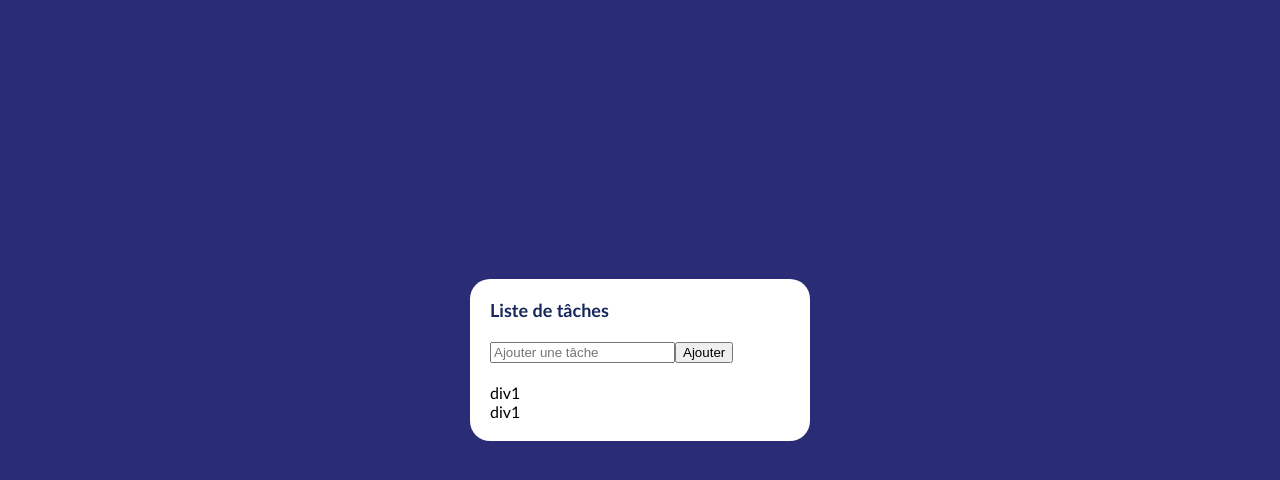
Repository: ndiemenguer/convertisseur
Page: / (app in todo-isep/)
An editor plug-in stored every save of this project. The page is shown before and after the next save, followed by the edit.
The browser window is 1280 px wide. The pictures show the whole page.
The project was rebuilt for these pictures with package versions that can differ from the ones it lists, and the page was loaded fresh each time. Also part of the build but not shown: todo-isep/vite.config.js, todo-isep/src/Application.jsx, todo-isep/src/index.css.

Above is the page before, as saved 2023-05-06 12:18:03.

After the next save:
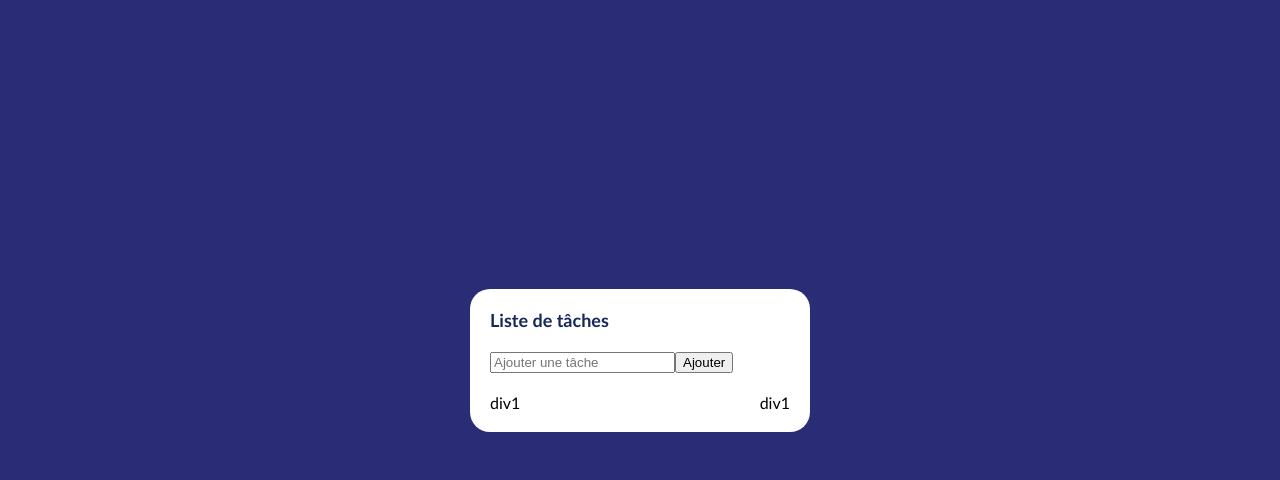
Saved 9 s later.
--- a/todo-isep/src/App.css
+++ b/todo-isep/src/App.css
@@ -34,3 +34,8 @@ body {
   flex-direction: column;
   gap: 10px;
 }
+
+.todo-box {
+  display: flex;
+  justify-content: space-between;
+}
